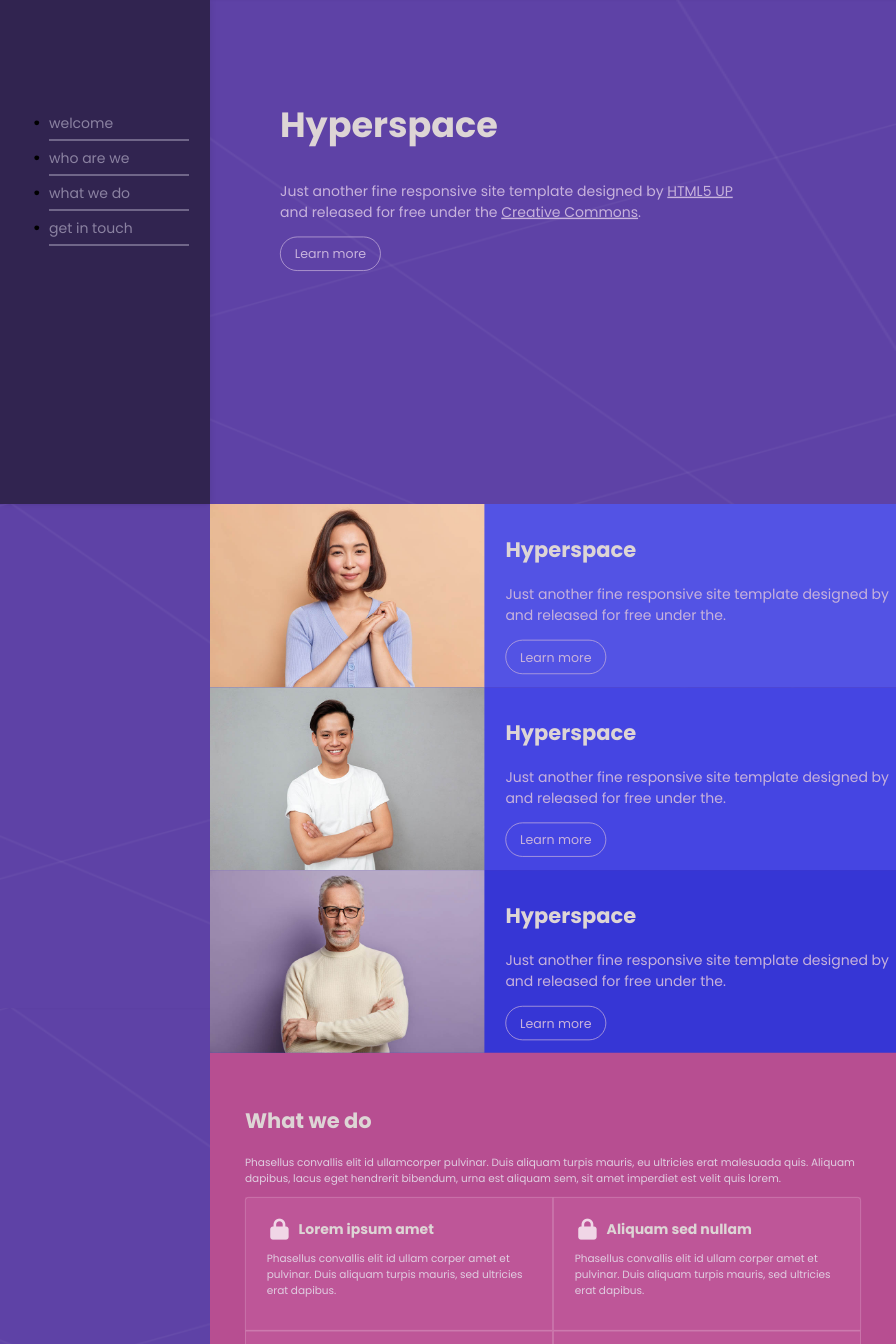
Repository: zai31/KIMIT_Tasks
Page: JsSession8/index.html
These files come from the project's save history. The page is drawn as it stood at one moment and after the next save; the edit follows.
The browser window is 1280 px wide. The pictures show the part of the page from y = 0 to 1920 px (the page is 3310 px tall), at 70% of full size.
Backgrounds fixed to the window are drawn as part of the page.

Above is the page before, as saved 2025-09-16 16:52:06.

After the next save:
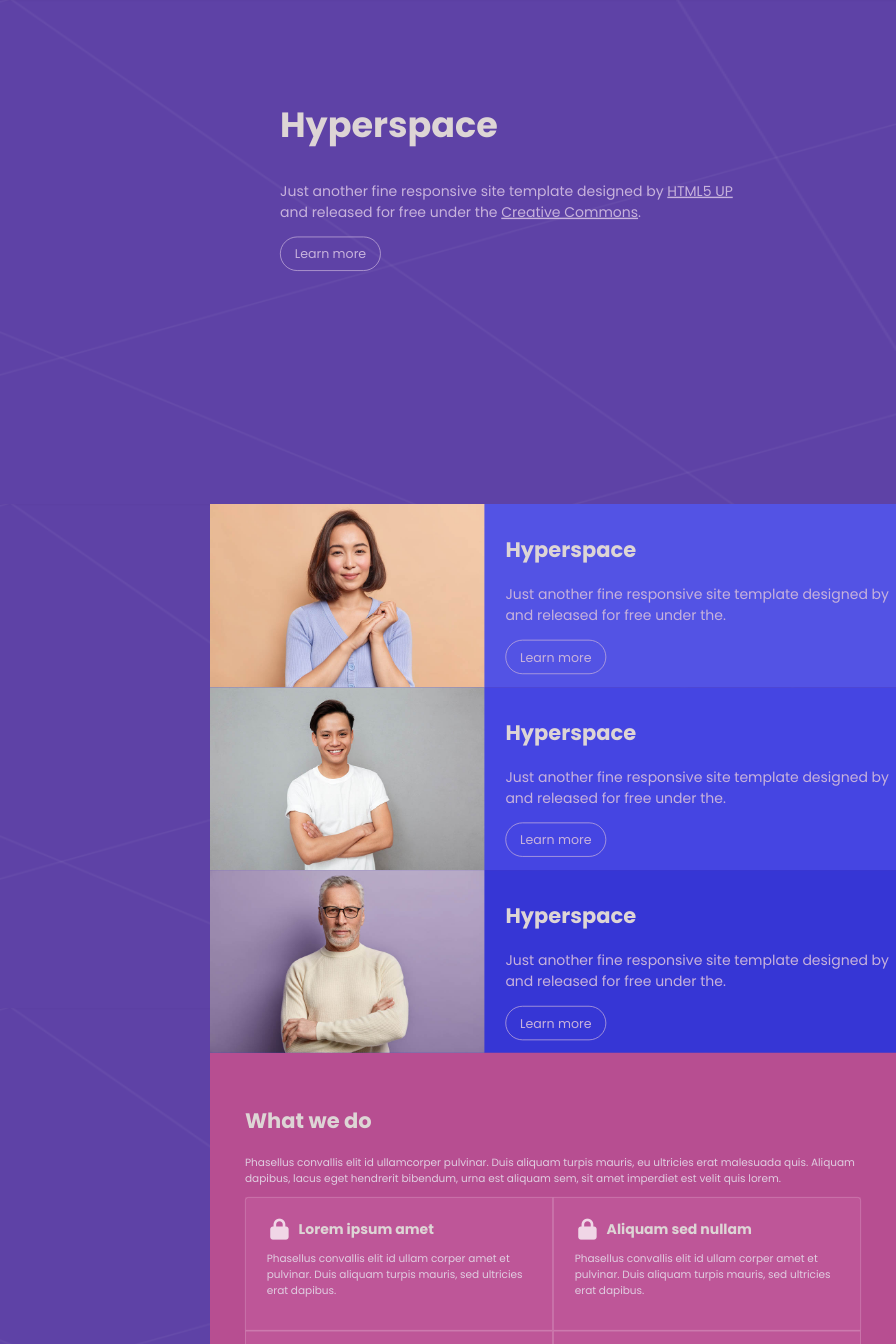
Saved 2 s later.
--- a/JsSession8/CSS/style.css
+++ b/JsSession8/CSS/style.css
@@ -47,7 +47,9 @@
 }
 
 /*****respponsive *****/
-.m
+.menu {
+    display: none;
+}
 
 .flex-section .menu ul {
     list-style: none;

After the 2 saves that followed:
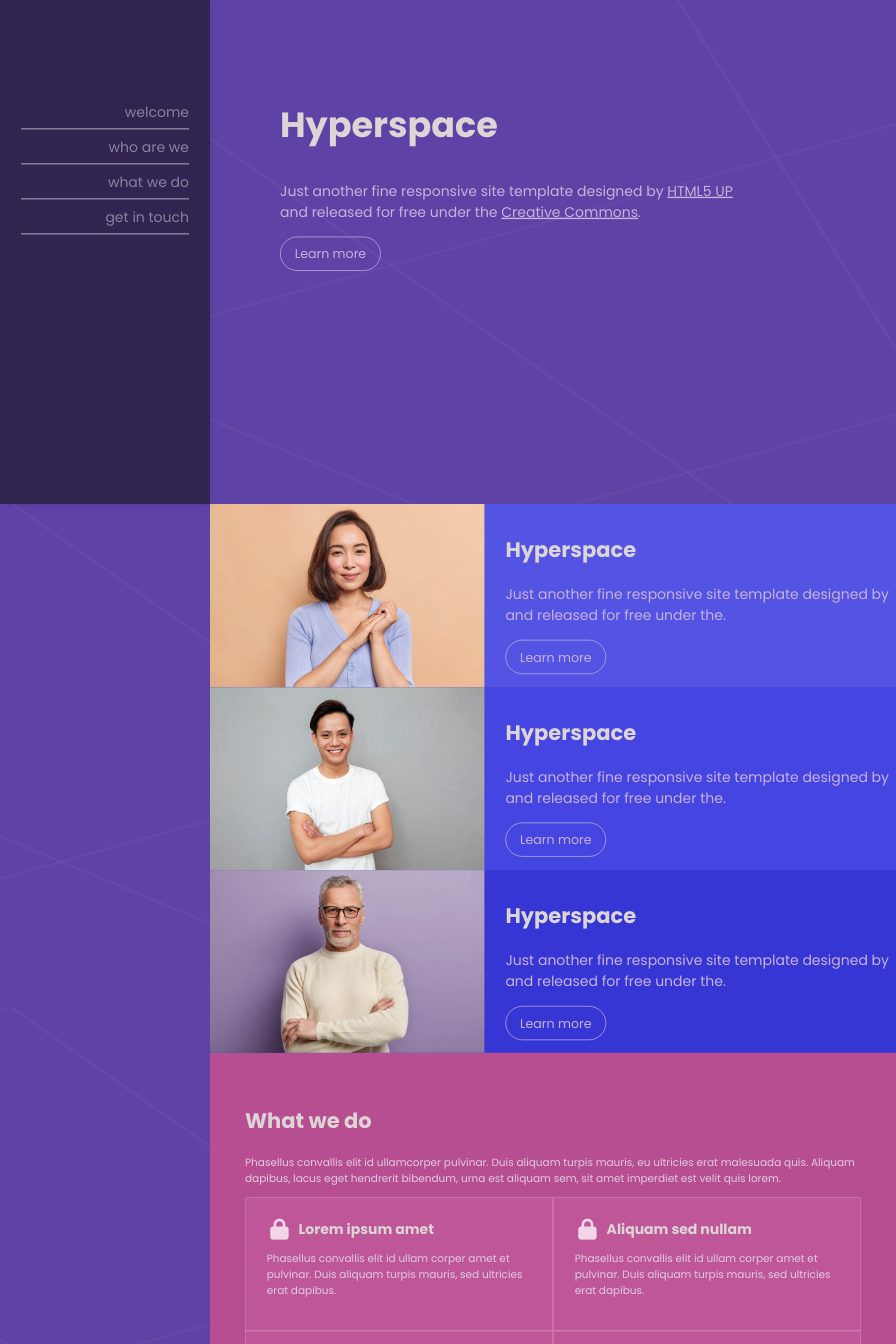
The 2 saves are shown as one change because they came seconds apart.
The last was saved 9 s later.
--- a/JsSession8/CSS/style.css
+++ b/JsSession8/CSS/style.css
@@ -47,8 +47,8 @@
 }
 
 /*****respponsive *****/
-.menu {
-    display: none;
+@media screen {
+
 }
 
 .flex-section .menu ul {
